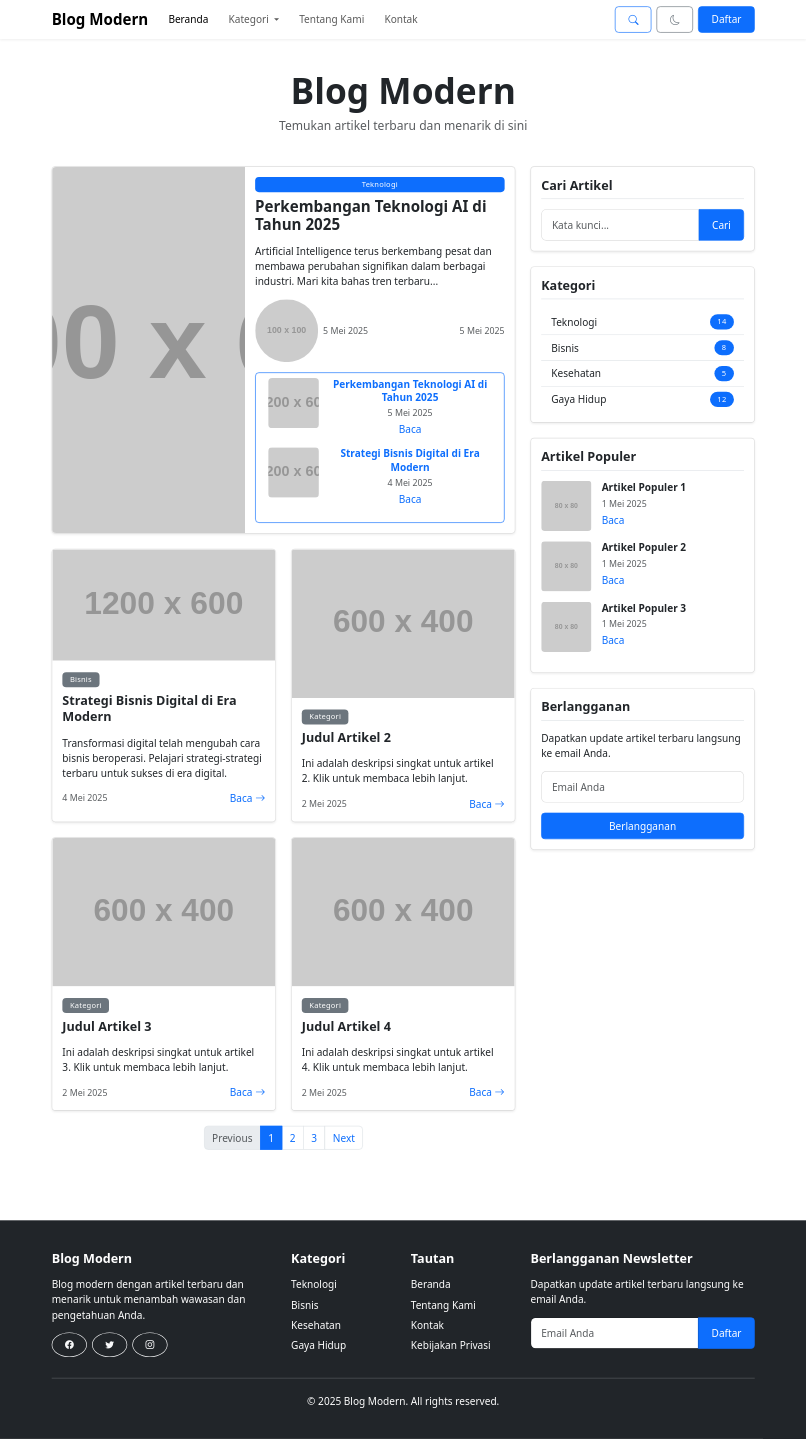
Repository: faridfirdaus-fred/bootstrap-pweb
Page: index.html
These files come from the project's save history. The page is drawn as it stood at one moment and after the next save; the edit follows.
The browser window is 1280 px wide. The pictures show the whole page, at 63% of full size.

Above is the page before, as saved 2025-05-13 20:01:17.

### index.html
<!DOCTYPE html>
<html lang="id">
  <head>
    <meta charset="UTF-8" />
    <meta name="viewport" content="width=device-width, initial-scale=1.0" />
    <title>Blog Modern</title>
    <!-- Bootstrap CSS -->
    <link
      href="https://cdn.jsdelivr.net/npm/bootstrap@5.3.0-alpha1/dist/css/bootstrap.min.css"
      rel="stylesheet"
    />
    <!-- Bootstrap Icons -->
    <link
      rel="stylesheet"
      href="https://cdn.jsdelivr.net/npm/bootstrap-icons@1.10.0/font/bootstrap-icons.css"
    />
    <!-- Custom CSS -->
    <link rel="stylesheet" href="styles.css" />
  </head>
  <body>
    <!-- Navigation -->
    <nav
      class="navbar navbar-expand-lg navbar-light bg-white shadow-sm sticky-top"
    >
      <div class="container">
        <a href="index.html" class="navbar-brand fw-bold">
          <img
            src="https://placehold.co/200x50/e9ecef/495057?text=Blog+Modern"
            alt="Blog Modern"
            height="40"
          />
        </a>
        <button
          class="navbar-toggler"
          type="button"
          data-bs-toggle="collapse"
          data-bs-target="#navbarNav"
        >
          <span class="navbar-toggler-icon"></span>
        </button>
        <div class="collapse navbar-collapse" id="navbarNav">
          <ul class="navbar-nav me-auto">
            <li class="nav-item">
              <a href="index.html" class="nav-link active">Beranda</a>
            </li>
            <li class="nav-item dropdown">
              <a
                class="nav-link dropdown-toggle"
                href="#"
                role="button"
                data-bs-toggle="dropdown"
              >
                Kategori
              </a>
              <ul class="dropdown-menu">
                <li><a href="#" class="dropdown-item">Teknologi</a></li>
                <li><a href="#" class="dropdown-item">Bisnis</a></li>
                <li><a href="#" class="dropdown-item">Kesehatan</a></li>
                <li><a href="#" class="dropdown-item">Gaya Hidup</a></li>
              </ul>
            </li>
            <li class="nav-item">
              <a href="#" class="nav-link">Tentang Kami</a>
            </li>
            <li class="nav-item">
              <a href="#" class="nav-link">Kontak</a>
            </li>
          </ul>
          <div class="d-flex align-items-center">
            <button
              class="btn btn-outline-primary me-2"
              type="button"
              data-bs-toggle="modal"
              data-bs-target="#searchModal"
            >
              <i class="bi bi-search"></i>
            </button>
            <button
              class="btn btn-outline-secondary me-2 dark-mode-toggle"
              type="button"
            >
              <i class="bi bi-moon"></i>
            </button>
            <button
              class="btn btn-primary"
              type="button"
              data-bs-toggle="modal"
              data-bs-target="#subscribeModal"
            >
              Daftar
            </button>
          </div>
        </div>
      </div>
    </nav>

    <!-- Main Content -->
    <div class="container py-5">
      <header class="text-center mb-5">
        <h1 class="display-4 fw-bold">Blog Modern</h1>
        <p class="lead text-muted">
          Temukan artikel terbaru dan menarik di sini
        </p>
      </header>

      <div class="row">
        <!-- Main Content - 2 Column Layout -->
        <div class="col-lg-8">
          <!-- Featured Post -->
          <div class="card shadow-sm mb-4">
            <div class="row g-0">
              <div class="col-md-5">
                <img
                  src="https://placehold.co/600x400/e9ecef/495057?text=Featured+Post"
                  class="img-fluid rounded-start h-100 object-cover"
                  alt="Featured post"
                />
              </div>
              <div class="col-md-7">
                <div class="card-body d-flex flex-column h-100">
                  <span class="badge bg-primary mb-2">Teknologi</span>
                  <h2 class="card-title h4">
                    Perkembangan Teknologi AI di Tahun 2025
                  </h2>
                  <p class="card-text">
                    Artificial Intelligence terus berkembang pesat dan membawa
                    perubahan signifikan dalam berbagai industri. Mari kita
                    bahas tren terbaru...
                  </p>
                  <div
                    class="d-flex justify-content-between align-items-center mt-auto"
                  >
                    <div class="d-flex align-items-center">
                      <img
                        src="https://placehold.co/40x40/e9ecef/495057?text=BS"
                        class="rounded-circle me-2"
                        alt="Author"
                      />
                      <small class="text-muted">Budi Santoso</small>
                    </div>
                    <small class="text-muted">5 Mei 2025</small>
                  </div>
                  <a href="article.html" class="btn btn-outline-primary mt-3">
                    Baca Selengkapnya <i class="bi bi-arrow-right ms-1"></i>
                  </a>
                </div>
              </div>
            </div>
          </div>

          <!-- Article Grid -->
          <div class="row row-cols-1 row-cols-md-2 g-4 mb-4">
            <!-- Article Card 1 -->
            <div class="col">
              <div class="card h-100 shadow-sm">
                <img
                  src="https://placehold.co/600x400/e9ecef/495057?text=Artikel+1"
                  class="card-img-top"
                  alt="Artikel 1"
                />
                <div class="card-body">
                  <span class="badge bg-secondary mb-2">Kategori</span>
                  <h5 class="card-title">Judul Artikel 1</h5>
                  <p class="card-text">
                    Ini adalah deskripsi singkat untuk artikel 1. Klik untuk
                    membaca lebih lanjut.
                  </p>
                  <div
                    class="d-flex justify-content-between align-items-center mt-3"
                  >
                    <small class="text-muted">2 Mei 2025</small>
                    <a href="article.html" class="text-decoration-none">
                      Baca <i class="bi bi-arrow-right"></i>
                    </a>
                  </div>
                </div>
              </div>
            </div>

            <!-- Article Card 2 -->
            <div class="col">
              <div class="card h-100 shadow-sm">
                <img
                  src="https://placehold.co/600x400/e9ecef/495057?text=Artikel+2"
                  class="card-img-top"
                  alt="Artikel 2"
                />
                <div class="card-body">
                  <span class="badge bg-secondary mb-2">Kategori</span>
                  <h5 class="card-title">Judul Artikel 2</h5>
                  <p class="card-text">
                    Ini adalah deskripsi singkat untuk artikel 2. Klik untuk
                    membaca lebih lanjut.
                  </p>
                  <div
                    class="d-flex justify-content-between align-items-center mt-3"
                  >
                    <small class="text-muted">2 Mei 2025</small>
                    <a href="article.html" class="text-decoration-none">
                      Baca <i class="bi bi-arrow-right"></i>
                    </a>
                  </div>
                </div>
              </div>
            </div>

            <!-- Article Card 3 -->
            <div class="col">
              <div class="card h-100 shadow-sm">
                <img
                  src="https://placehold.co/600x400/e9ecef/495057?text=Artikel+3"
                  class="card-img-top"
                  alt="Artikel 3"
                />
                <div class="card-body">
                  <span class="badge bg-secondary mb-2">Kategori</span>
                  <h5 class="card-title">Judul Artikel 3</h5>
                  <p class="card-text">
                    Ini adalah deskripsi singkat untuk artikel 3. Klik untuk
                    membaca lebih lanjut.
                  </p>
                  <div
                    class="d-flex justify-content-between align-items-center mt-3"
                  >
                    <small class="text-muted">2 Mei 2025</small>
                    <a href="article.html" class="text-decoration-none">
                      Baca <i class="bi bi-arrow-right"></i>
                    </a>
                  </div>
                </div>
              </div>
            </div>

            <!-- Article Card 4 -->
            <div class="col">
              <div class="card h-100 shadow-sm">
                <img
                  src="https://placehold.co/600x400/e9ecef/495057?text=Artikel+4"
                  class="card-img-top"
                  alt="Artikel 4"
                />
                <div class="card-body">
                  <span class="badge bg-secondary mb-2">Kategori</span>
                  <h5 class="card-title">Judul Artikel 4</h5>
                  <p class="card-text">
                    Ini adalah deskripsi singkat untuk artikel 4. Klik untuk
                    membaca lebih lanjut.
                  </p>
                  <div
                    class="d-flex justify-content-between align-items-center mt-3"
                  >
                    <small class="text-muted">2 Mei 2025</small>
                    <a href="article.html" class="text-decoration-none">
                      Baca <i class="bi bi-arrow-right"></i>
                    </a>
                  </div>
                </div>
              </div>
            </div>
          </div>

          <!-- Pagination -->
          <nav aria-label="Page navigation">
            <ul class="pagination justify-content-center">
              <li class="page-item disabled">
                <a class="page-link" href="#" tabindex="-1" aria-disabled="true"
                  >Previous</a
                >
              </li>
              <li class="page-item active">
                <a class="page-link" href="#">1</a>
              </li>
              <li class="page-item">
                <a class="page-link" href="#">2</a>
              </li>
              <li class="page-item">
                <a class="page-link" href="#">3</a>
              </li>
              <li class="page-item">
                <a class="page-link" href="#">Next</a>
              </li>
            </ul>
          </nav>
        </div>

        <!-- Sidebar -->
        <div class="col-lg-4">
          <!-- Search Widget -->
          <div class="card shadow-sm mb-4">
            <div class="card-body">
              <h5 class="card-title border-bottom pb-2">Cari Artikel</h5>
              <div class="input-group mt-3">
                <input
                  type="text"
                  class="form-control"
                  placeholder="Kata kunci..."
                  id="searchInput"
                />
                <button class="btn btn-primary" type="button" id="searchButton">
                  Cari
                </button>
              </div>
            </div>
          </div>

          <!-- Categories Widget -->
          <div class="card shadow-sm mb-4">
            <div class="card-body">
              <h5 class="card-title border-bottom pb-2">Kategori</h5>
              <div class="list-group list-group-flush mt-2">
                <a
                  href="#"
                  class="list-group-item list-group-item-action d-flex justify-content-between align-items-center"
                >
                  Teknologi
                  <span class="badge bg-primary rounded-pill">14</span>
                </a>
                <a
                  href="#"
                  class="list-group-item list-group-item-action d-flex justify-content-between align-items-center"
                >
                  Bisnis
                  <span class="badge bg-primary rounded-pill">8</span>
                </a>
                <a
                  href="#"
                  class="list-group-item list-group-item-action d-flex justify-content-between align-items-center"
                >
                  Kesehatan
                  <span class="badge bg-primary rounded-pill">5</span>
                </a>
                <a
                  href="#"
                  class="list-group-item list-group-item-action d-flex justify-content-between align-items-center"
                >
                  Gaya Hidup
                  <span class="badge bg-primary rounded-pill">12</span>
                </a>
              </div>
            </div>
          </div>

          <!-- Popular Posts Widget -->
          <div class="card shadow-sm mb-4">
            <div class="card-body">
              <h5 class="card-title border-bottom pb-2">Artikel Populer</h5>
              <div class="mt-3">
                <!-- Popular Post 1 -->
                <div class="d-flex mb-3">
                  <img
                    src="https://placehold.co/80x80/e9ecef/495057?text=1"
                    class="rounded me-3"
                    alt="Popular 1"
                  />
                  <div>
                    <h6 class="mb-1">Artikel Populer 1</h6>
                    <small class="text-muted d-block mb-1">1 Mei 2025</small>
                    <a href="article.html" class="text-decoration-none">
                      Baca
                    </a>
                  </div>
                </div>

                <!-- Popular Post 2 -->
                <div class="d-flex mb-3">
                  <img
                    src="https://placehold.co/80x80/e9ecef/495057?text=2"
                    class="rounded me-3"
                    alt="Popular 2"
                  />
                  <div>
                    <h6 class="mb-1">Artikel Populer 2</h6>
                    <small class="text-muted d-block mb-1">1 Mei 2025</small>
                    <a href="article.html" class="text-decoration-none">
                      Baca
                    </a>
                  </div>
                </div>

                <!-- Popular Post 3 -->
                <div class="d-flex mb-3">
                  <img
                    src="https://placehold.co/80x80/e9ecef/495057?text=3"
                    class="rounded me-3"
                    alt="Popular 3"
                  />
                  <div>
                    <h6 class="mb-1">Artikel Populer 3</h6>
                    <small class="text-muted d-block mb-1">1 Mei 2025</small>
                    <a href="article.html" class="text-decoration-none">
                      Baca
                    </a>
                  </div>
                </div>
              </div>
            </div>
          </div>

          <!-- Subscribe Widget -->
          <div class="card shadow-sm">
            <div class="card-body">
              <h5 class="card-title border-bottom pb-2">Berlangganan</h5>
              <p class="card-text mt-3">
                Dapatkan update artikel terbaru langsung ke email Anda.
              </p>
              <form id="subscribeForm">
                <div class="mb-3">
                  <input
                    type="email"
                    class="form-control"
                    placeholder="Email Anda"
                    id="subscribeEmail"
                    required
                  />
                </div>
                <button type="submit" class="btn btn-primary w-100">
                  Berlangganan
                </button>
              </form>
            </div>
          </div>
        </div>
      </div>
    </div>

    <!-- Search Modal -->
    <div class="modal fade" id="searchModal" tabindex="-1">
      <div class="modal-dialog modal-dialog-centered">
        <div class="modal-content">
          <div class="modal-header">
            <h5 class="modal-title">Cari Artikel</h5>
            <button
              type="button"
              class="btn-close"
              data-bs-dismiss="modal"
            ></button>
          </div>
          <div class="modal-body">
            <div class="input-group">
              <input
                type="text"
                class="form-control"
                placeholder="Masukkan kata kunci..."
              />
              <button class="btn btn-primary" type="button">
                <i class="bi bi-search"></i> Cari
              </button>
            </div>
          </div>
        </div>
      </div>
    </div>

    <!-- Subscribe Modal -->
    <div class="modal fade" id="subscribeModal" tabindex="-1">
      <div class="modal-dialog modal-dialog-centered">
        <div class="modal-content">
          <div class="modal-header">
            <h5 class="modal-title">Berlangganan Newsletter</h5>
            <button
              type="button"
              class="btn-close"
              data-bs-dismiss="modal"
            ></button>
          </div>
          <div class="modal-body">
            <form id="modalSubscribeForm">
              <div class="mb-3">
                <label for="modalEmail" class="form-label">Email</label>
                <input
                  type="email"
                  class="form-control"
                  id="modalEmail"
                  required
                />
              </div>
              <div class="mb-3">
                <label for="modalName" class="form-label">Nama</label>
                <input
                  type="text"
                  class="form-control"
                  id="modalName"
                  required
                />
              </div>
              <button type="submit" class="btn btn-primary w-100">
                Berlangganan
              </button>
            </form>
          </div>
        </div>
      </div>
    </div>

    <!-- Footer -->
    <footer class="bg-dark text-white py-5 mt-5">
      <div class="container">
        <div class="row">
          <div class="col-lg-4 mb-4 mb-lg-0">
            <h5 class="fw-bold mb-3">Blog Modern</h5>
            <p>
              Blog modern dengan artikel terbaru dan menarik untuk menambah
              wawasan dan pengetahuan Anda.
            </p>
            <div class="d-flex gap-2 mt-3">
              <a href="#" class="btn btn-outline-light btn-sm rounded-circle">
                <i class="bi bi-facebook"></i>
              </a>
              <a href="#" class="btn btn-outline-light btn-sm rounded-circle">
                <i class="bi bi-twitter"></i>
              </a>
              <a href="#" class="btn btn-outline-light btn-sm rounded-circle">
                <i class="bi bi-instagram"></i>
              </a>
            </div>
          </div>
          <div class="col-lg-2 col-md-6 mb-4 mb-md-0">
            <h5 class="fw-bold mb-3">Kategori</h5>
            <ul class="list-unstyled">
              <li class="mb-2">
                <a href="#" class="text-white text-decoration-none"
                  >Teknologi</a
                >
              </li>
              <li class="mb-2">
                <a href="#" class="text-white text-decoration-none">Bisnis</a>
              </li>
              <li class="mb-2">
                <a href="#" class="text-white text-decoration-none"
                  >Kesehatan</a
                >
              </li>
              <li class="mb-2">
                <a href="#" class="text-white text-decoration-none"
                  >Gaya Hidup</a
                >
              </li>
            </ul>
          </div>
          <div class="col-lg-2 col-md-6 mb-4 mb-md-0">
            <h5 class="fw-bold mb-3">Tautan</h5>
            <ul class="list-unstyled">
              <li class="mb-2">
                <a href="index.html" class="text-white text-decoration-none"
                  >Beranda</a
                >
              </li>
              <li class="mb-2">
                <a href="#" class="text-white text-decoration-none"
                  >Tentang Kami</a
                >
              </li>
              <li class="mb-2">
                <a href="#" class="text-white text-decoration-none">Kontak</a>
              </li>
              <li class="mb-2">
                <a href="#" class="text-white text-decoration-none"
                  >Kebijakan Privasi</a
                >
              </li>
            </ul>
          </div>
          <div class="col-lg-4">
            <h5 class="fw-bold mb-3">Berlangganan Newsletter</h5>
            <p>Dapatkan update artikel terbaru langsung ke email Anda.</p>
            <form class="mt-3" id="footerNewsletterForm">
              <div class="input-group mb-3">
                <input
                  type="email"
                  class="form-control"
                  placeholder="Email Anda"
                  id="footerNewsletterEmail"
                  required
                />
                <button class="btn btn-primary" type="submit">Daftar</button>
              </div>
            </form>
          </div>
        </div>
        <hr class="my-4" />
        <div class="text-center">
          <p class="mb-0">&copy; 2025 Blog Modern. All rights reserved.</p>
        </div>
      </div>
    </footer>

    <!-- Bootstrap JS Bundle with Popper -->
    <script src="https://cdn.jsdelivr.net/npm/bootstrap@5.3.0-alpha1/dist/js/bootstrap.bundle.min.js"></script>
    <!-- Custom JS -->
    <script src="script.js"></script>
  </body>
</html>

Loaded but not shown: data/blog.json (131 lines, source omitted); script.js (483 lines, source omitted); styles.css (325 lines, source omitted)

After the next save:
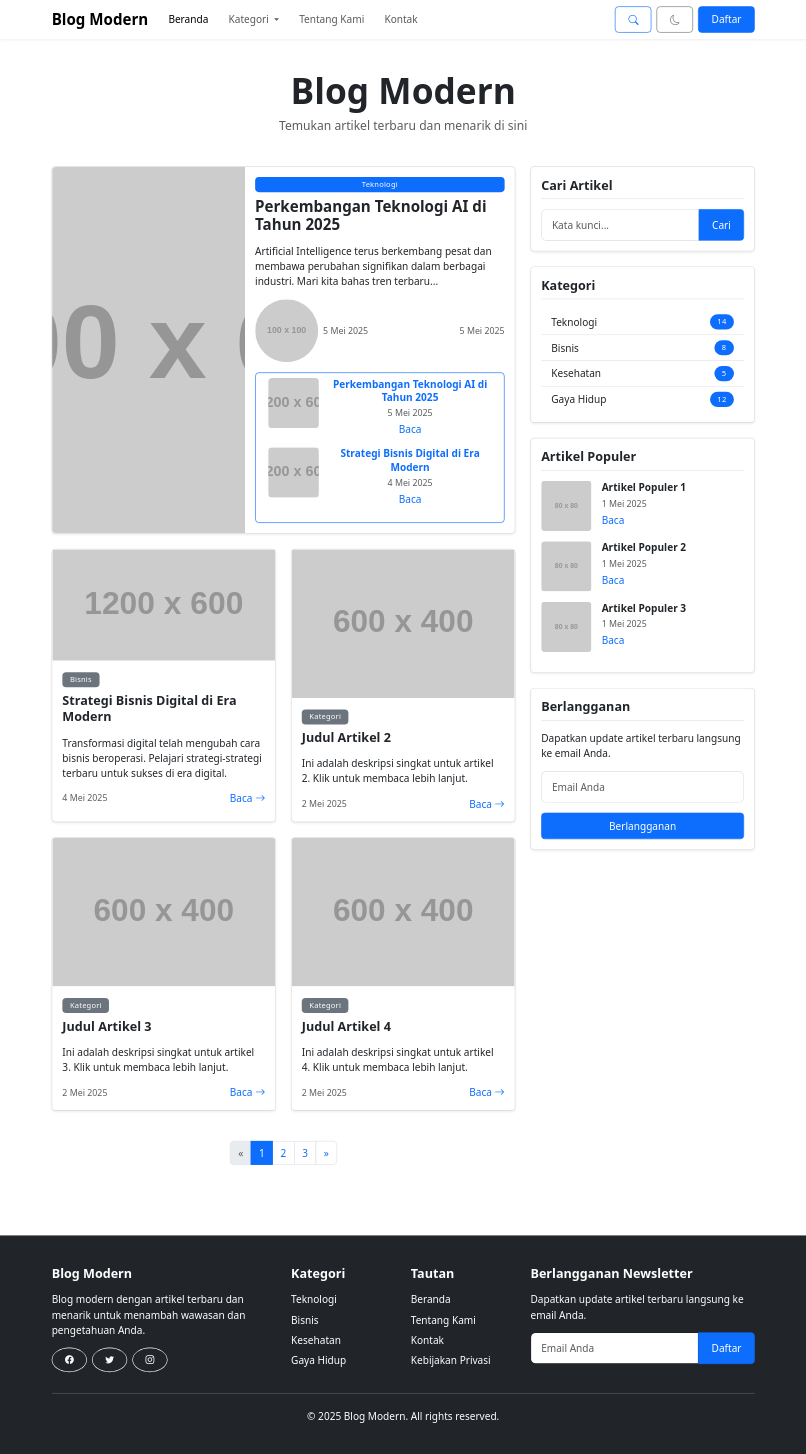
Saved 2 min 51 s later.
--- a/index.html
+++ b/index.html
@@ -260,12 +260,12 @@
           </div>
 
           <!-- Pagination -->
-          <nav aria-label="Page navigation">
+          <nav aria-label="Page navigation" class="mt-5">
             <ul class="pagination justify-content-center">
               <li class="page-item disabled">
-                <a class="page-link" href="#" tabindex="-1" aria-disabled="true"
-                  >Previous</a
-                >
+                <a class="page-link" href="#" aria-label="Previous">
+                  <span aria-hidden="true">&laquo;</span>
+                </a>
               </li>
               <li class="page-item active">
                 <a class="page-link" href="#">1</a>
@@ -277,7 +277,9 @@
                 <a class="page-link" href="#">3</a>
               </li>
               <li class="page-item">
-                <a class="page-link" href="#">Next</a>
+                <a class="page-link" href="#" aria-label="Next">
+                  <span aria-hidden="true">&raquo;</span>
+                </a>
               </li>
             </ul>
           </nav>
